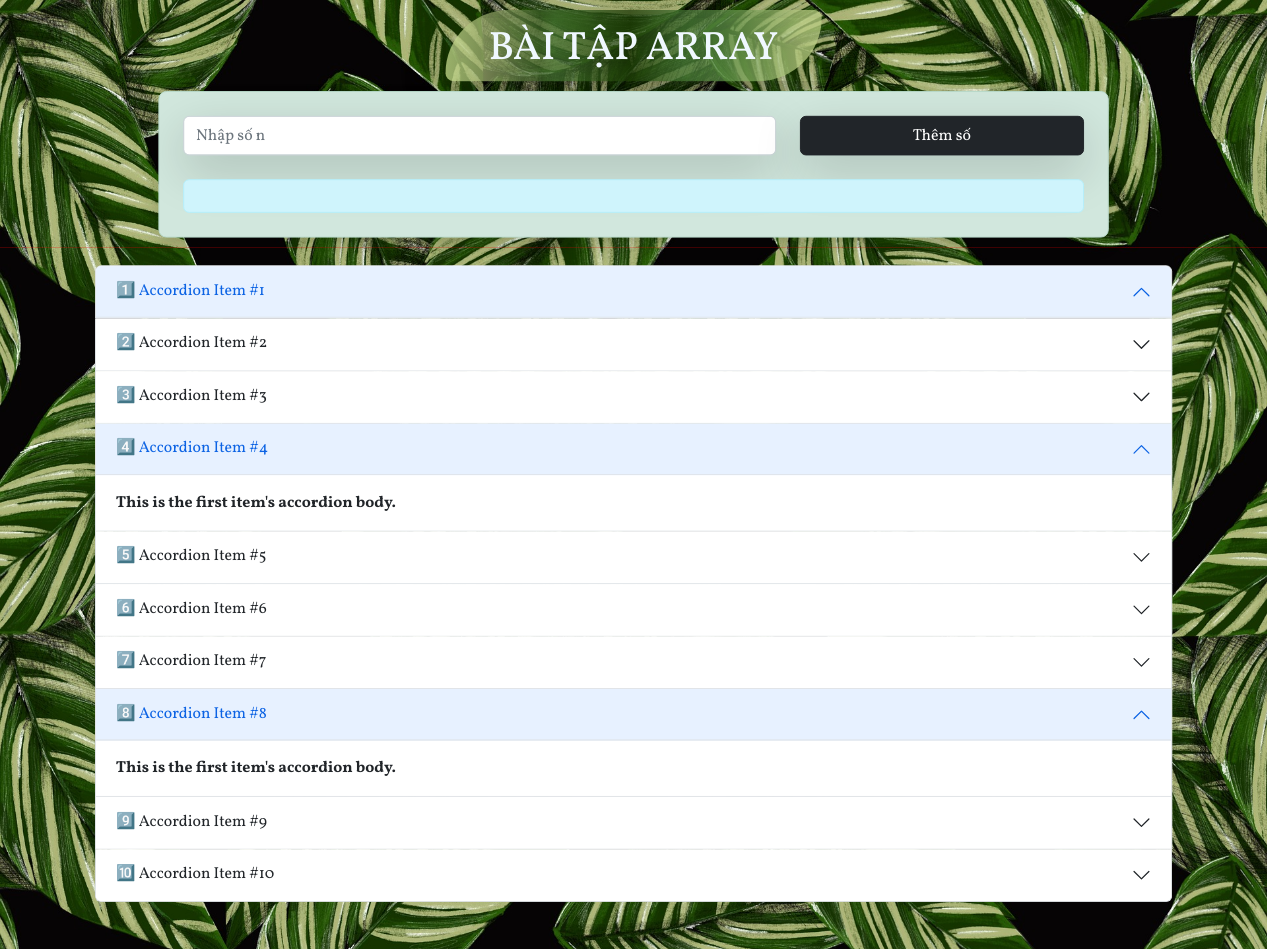
Repository: hcozyph/TranHuuPhuoc_BC43_BT_JS_Buoi7_8_ARRAY
Page: index.html
The author's editor kept a copy of each file at every save. The page is drawn from the files as they stood at one save, then again after the next save.
The browser window is 1280 px wide. The pictures show the whole page, at 99% of full size.
Backgrounds fixed to the window are drawn as part of the page.

Above is the page before, as saved 2023-02-23 17:13:54.

After the next save:
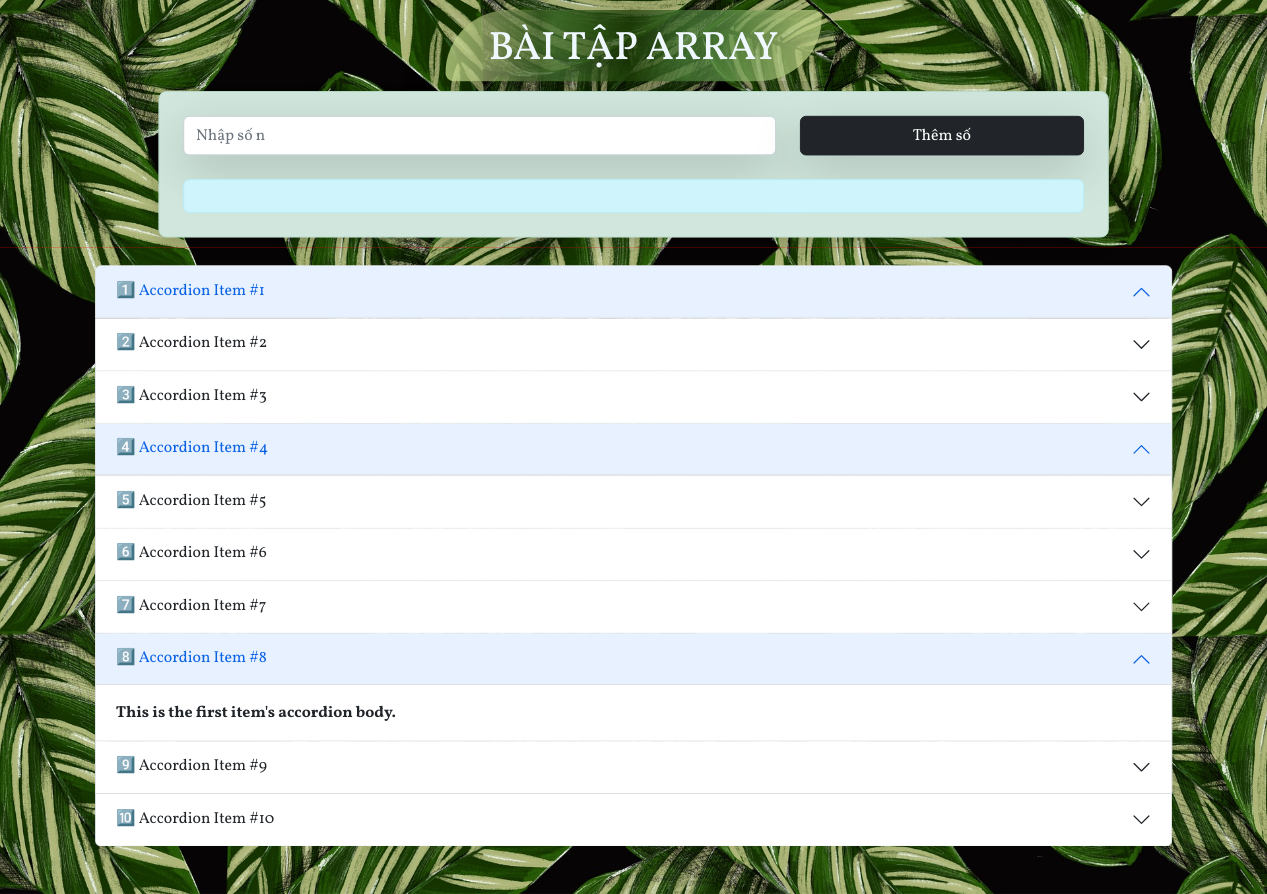
Saved 38 s later.
--- a/index.html
+++ b/index.html
@@ -178,7 +178,7 @@
                         </h2>
                         <div
                             id="collapseFour"
-                            class="accordion-collapse collapse show"
+                            class="accordion-collapse collapse"
                             aria-labelledby="headingFour"
                             data-bs-parent="#accordionExample"
                         >
